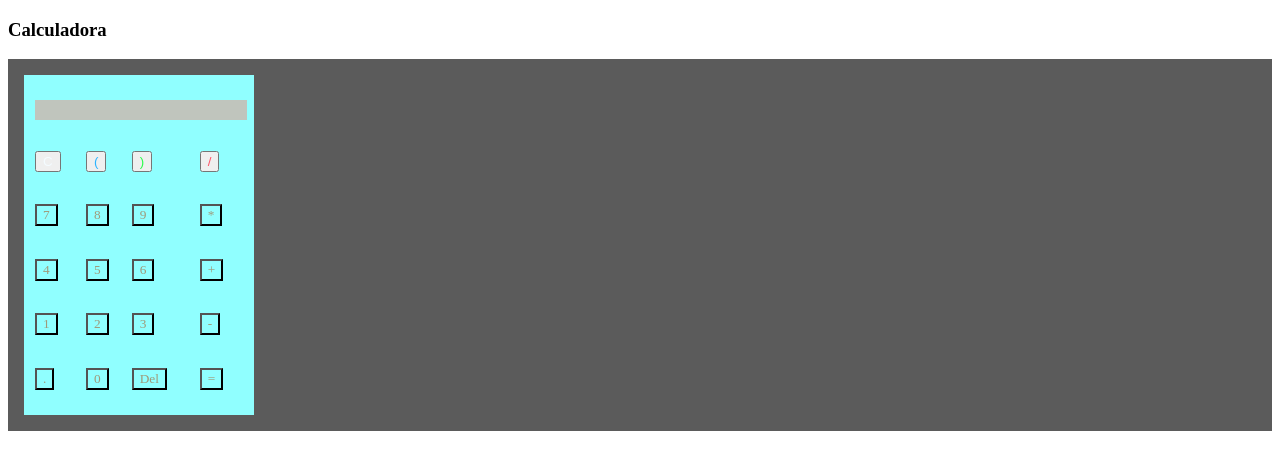
Repository: ServerK001/CalcJsVanilha
Page: index.html
An editor plug-in stored every save of this project. The page is shown before and after a run of saves, followed by the edit.
The browser window is 1280 px wide. The pictures show the whole page.
Some web fonts or font styles are not loaded; a fallback is used.

Above is the page before, as saved 2022-02-14 20:50:50.

### index.html
<!DOCTYPE html>
<html lang="pt-br">
<head>
    <meta charset="UTF-8">
    <meta http-equiv="X-UA-Compatible" content="IE=edge">
    <meta name="viewport" content="width=device-width, initial-scale=1.0">
    <script src="index.js" ></script>
    <link rel="stylesheet" href="style.css">
    <link href="//db.onlinewebfonts.com/c/bbfde24114f6f7cc0f421651e88bbca7?family=Unibody+8" rel="stylesheet" type="text/css"/>

    <title>Calculadora</title>
</head>
<body>

        <section class="conteiner">
            <h3>Calculadora</h3>
<div class="body">
            <table class="calculadora">
                <tr>
                    <td colspan="4"><input type="text" class="display"></td>
                </tr>

                <tr>
                    <td><button class="btn_1 btn-clear">C</button></td>
                    <td><button class="btn_2 btn-num">(</button></td>
                    <td><button class="btn_3 btn-num">)</button></td>
                    <td><button class="btn_4 btn-num">/</button></td>
                </tr>

                <tr>
                    <td><button class="btn btn-num">7</button></td>
                    <td><button class="btn btn-num">8</button></td>
                    <td><button class="btn btn-num">9</button></td>
                    <td><button class="btn btn-num">*</button></td>
                </tr>
                <tr>
                    <td><button class="btn btn-num">4</button></td>
                    <td><button class="btn btn-num">5</button></td>
                    <td><button class="btn btn-num">6</button></td>
                    <td><button class="btn btn-num">+</button></td>
                </tr>
                <tr>
                    <td><button class="btn btn-num">1</button></td>
                    <td><button class="btn btn-num">2</button></td>
                    <td><button class="btn btn-num">3</button></td>
                    <td><button class="btn btn-num">-</button></td>
                </tr>
                <tr>
                    <td><button class="btn btn-num">.</button></td>
                    <td><button class="btn btn-num">0</button></td>
                    <td><button class="btn btn-del">Del</button></td>
                    <td><button class="btn btn-num">=</button></td>
                </tr>

            </table>
     </div>

        </section>

</body>
</html>

### index.js
console.log('Olá mundo')

### style.css
:root{
    --btn: #9f9a7a;
    --font-display:#435338;
    --displayBG:#c0c5bd;
    --bgCalc:#90FFFF;
    --bgConteiner:#5b5b5b;

    /*Bootuns Colors*/

    --btn_1:#F4FBFF;
    --btn_2:#2EB4FF;
    --btn_3:#2AFB4B;
    --btn_4:#FE5367;
    --btn_5:#FDEA44;
    --btn_6:#EA46ED;




}

.display{
    font-size: 1rem;
    width: 100%;
    text-align: right;
    font-family: "Unibody 8";
    color: var(--font-display);
    background-color: var(--displayBG);

        border: none;
}

.btn{
    font-family: "Unibody 8";
    color:var(--btn);
    background-color: var(--bgBtn);
}
.calculadora{
    background-color: var(--bgCalc);
    padding: 0.5rem;
    height: 340px;
    width: 230px;

}


.body{
    background-color: var(--bgConteiner);
    padding: 1rem;
}

.btn_1{color:var(--btn_1)}
.btn_2{color:var(--btn_2)}
.btn_3{color:var(--btn_3)}
.btn_4{color:var(--btn_4)}
.btn_5{color:var(--btn_5)}
.btn_6{color:var(--btn_6)}

After the next 2 saves:
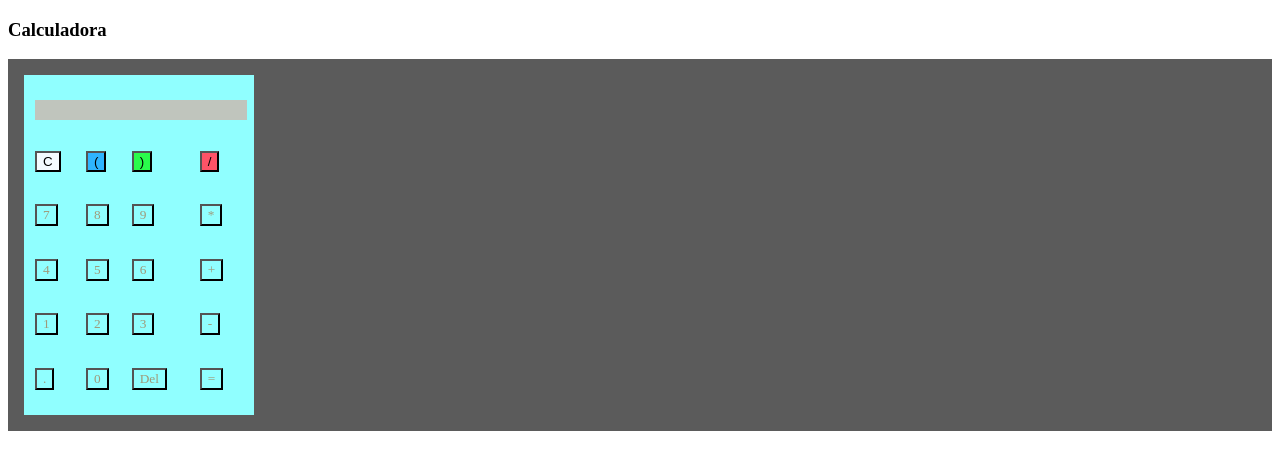
The 2 saves are shown as one change because they came seconds apart.
The last was saved 29 s later.
--- a/style.css
+++ b/style.css
@@ -49,9 +49,9 @@
     padding: 1rem;
 }
 
-.btn_1{color:var(--btn_1)}
-.btn_2{color:var(--btn_2)}
-.btn_3{color:var(--btn_3)}
-.btn_4{color:var(--btn_4)}
-.btn_5{color:var(--btn_5)}
-.btn_6{color:var(--btn_6)}
+.btn_1{background-color:var(--btn_1)}
+.btn_2{background-color:var(--btn_2)}
+.btn_3{background-color:var(--btn_3)}
+.btn_4{background-color:var(--btn_4)}
+.btn_5{background-color:var(--btn_5)}
+.btn_6{background-color:var(--btn_6)}
